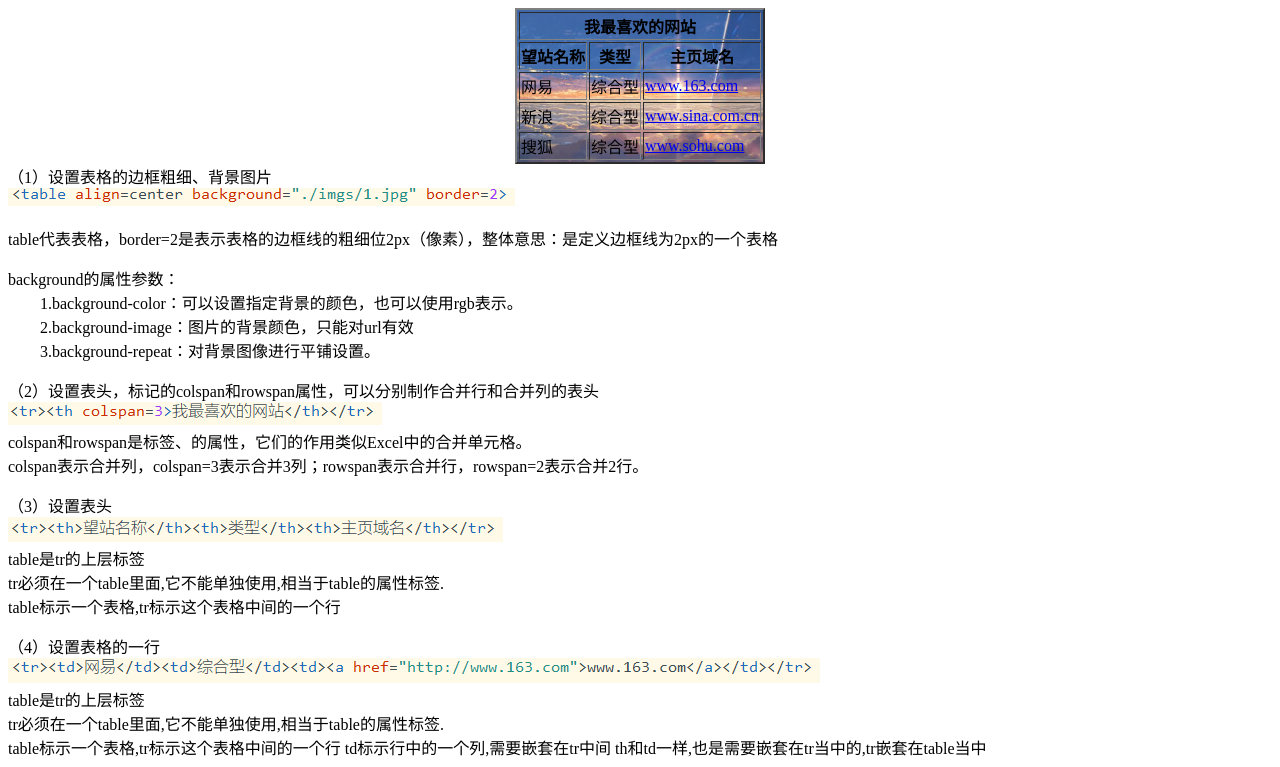
Repository: 13982720426/jsp-homework
Page: JSP实验课作业/JSP实验课3/sy4-1.html
The author's editor kept a copy of each file at every save. The page is drawn from the files as they stood at one save, then again after the next save.
The browser window is 1280 px wide. The pictures show the whole page.

Above is the page before, as saved 2021-05-06 12:55:38.

### JSP实验课作业/JSP实验课3/sy4-1.html
<!DOCTYPE html>
<html>
<head><title>我的网站</title></head>
<body>
	<table align=center background="./imgs/1.jpg" border=2>
		<tr><th colspan=3 >我最喜欢的网站</th></tr>
		<tr><th>望站名称</th><th>类型</th><th>主页域名</th></tr>
		<tr><td>网易</td><td>综合型</td><td><a href="http://www.163.com">www.163.com</a></td></tr>
		<tr><td>新浪</td><td>综合型</td><td><a href="httP://www.sina.com.cn">www.sina.com.cn</a></td></tr>
		<tr><td>搜狐</td><td>综合型</td><td><a href="http://www.sohu.com">www.sohu.com</a></td></tr>
	</table>
	（1）设置表格的边框粗细、背景图片
	<br><img src="imgs/捕获1.PNG">
	<p>
		table代表表格，border=2是表示表格的边框线的粗细位2px（像素），整体意思：是定义边框线为2px的一个表格
	</p>
	<p>
		background的属性参数：
		 <br>
		　　1.background-color：可以设置指定背景的颜色，也可以使用rgb表示。
		 <br>
		　　2.background-image：图片的背景颜色，只能对url有效
		 <br>
		　　3.background-repeat：对背景图像进行平铺设置。
	</p>
	<p></p>
	（2）设置表头，<th>标记的colspan和rowspan属性，可以分别制作合并行和合并列的表头
	<br><img src="imgs/捕获2.PNG">
	<br>
		colspan和rowspan是标签<th>、<td>的属性，它们的作用类似Excel中的合并单元格。
	<br>
		colspan表示合并列，colspan=3表示合并3列；rowspan表示合并行，rowspan=2表示合并2行。
	<p></p>
	（3）设置表头
	<br><img src="imgs/捕获3.PNG">
		<br>
		table是tr的上层标签
		<br>
		tr必须在一个table里面,它不能单独使用,相当于table的属性标签.
		<br>
		table标示一个表格,tr标示这个表格中间的一个行
	<p></p>
	（4）设置表格的一行
	<br><img src="imgs/捕获4.PNG">
		<br>
		table是tr的上层标签
		<br>
		tr必须在一个table里面,它不能单独使用,相当于table的属性标签.
		<br>
		table标示一个表格,tr标示这个表格中间的一个行
		td标示行中的一个列,需要嵌套在tr中间
		th和td一样,也是需要嵌套在tr当中的,tr嵌套在table当中



</body>
</html>

After the next save:
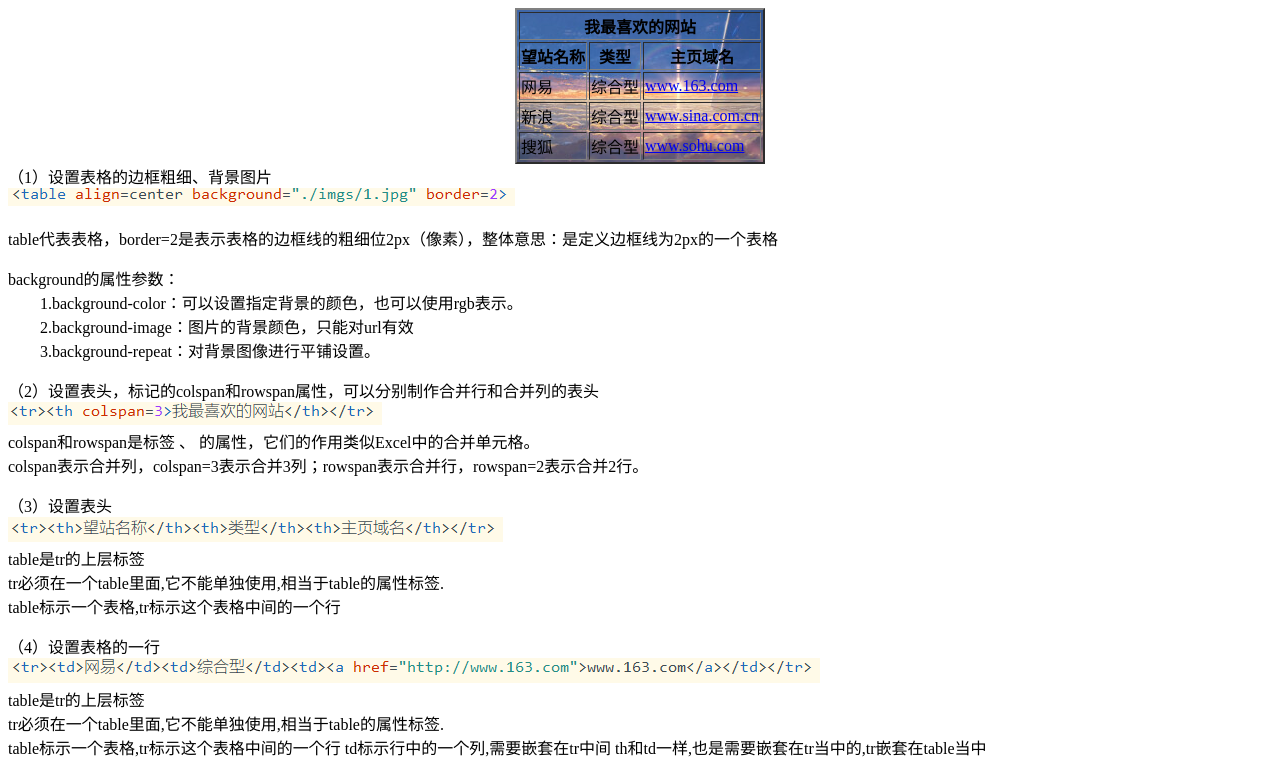
Saved 3 s later.
--- a/JSP实验课作业/JSP实验课3/sy4-1.html
+++ b/JSP实验课作业/JSP实验课3/sy4-1.html
@@ -1,57 +1,82 @@
 <!DOCTYPE html>
 <html>
-<head><title>我的网站</title></head>
+
+<head>
+    <title>我的网站</title>
+</head>
+
 <body>
-	<table align=center background="./imgs/1.jpg" border=2>
-		<tr><th colspan=3 >我最喜欢的网站</th></tr>
-		<tr><th>望站名称</th><th>类型</th><th>主页域名</th></tr>
-		<tr><td>网易</td><td>综合型</td><td><a href="http://www.163.com">www.163.com</a></td></tr>
-		<tr><td>新浪</td><td>综合型</td><td><a href="httP://www.sina.com.cn">www.sina.com.cn</a></td></tr>
-		<tr><td>搜狐</td><td>综合型</td><td><a href="http://www.sohu.com">www.sohu.com</a></td></tr>
-	</table>
-	（1）设置表格的边框粗细、背景图片
-	<br><img src="imgs/捕获1.PNG">
-	<p>
-		table代表表格，border=2是表示表格的边框线的粗细位2px（像素），整体意思：是定义边框线为2px的一个表格
-	</p>
-	<p>
-		background的属性参数：
-		 <br>
-		　　1.background-color：可以设置指定背景的颜色，也可以使用rgb表示。
-		 <br>
-		　　2.background-image：图片的背景颜色，只能对url有效
-		 <br>
-		　　3.background-repeat：对背景图像进行平铺设置。
-	</p>
-	<p></p>
-	（2）设置表头，<th>标记的colspan和rowspan属性，可以分别制作合并行和合并列的表头
-	<br><img src="imgs/捕获2.PNG">
-	<br>
-		colspan和rowspan是标签<th>、<td>的属性，它们的作用类似Excel中的合并单元格。
-	<br>
-		colspan表示合并列，colspan=3表示合并3列；rowspan表示合并行，rowspan=2表示合并2行。
-	<p></p>
-	（3）设置表头
-	<br><img src="imgs/捕获3.PNG">
-		<br>
-		table是tr的上层标签
-		<br>
-		tr必须在一个table里面,它不能单独使用,相当于table的属性标签.
-		<br>
-		table标示一个表格,tr标示这个表格中间的一个行
-	<p></p>
-	（4）设置表格的一行
-	<br><img src="imgs/捕获4.PNG">
-		<br>
-		table是tr的上层标签
-		<br>
-		tr必须在一个table里面,它不能单独使用,相当于table的属性标签.
-		<br>
-		table标示一个表格,tr标示这个表格中间的一个行
-		td标示行中的一个列,需要嵌套在tr中间
-		th和td一样,也是需要嵌套在tr当中的,tr嵌套在table当中
+    <table align=center background="./imgs/1.jpg" border=2>
+        <tr>
+            <th colspan=3>我最喜欢的网站</th>
+        </tr>
+        <tr>
+            <th>望站名称</th>
+            <th>类型</th>
+            <th>主页域名</th>
+        </tr>
+        <tr>
+            <td>网易</td>
+            <td>综合型</td>
+            <td><a href="http://www.163.com">www.163.com</a></td>
+        </tr>
+        <tr>
+            <td>新浪</td>
+            <td>综合型</td>
+            <td><a href="httP://www.sina.com.cn">www.sina.com.cn</a></td>
+        </tr>
+        <tr>
+            <td>搜狐</td>
+            <td>综合型</td>
+            <td><a href="http://www.sohu.com">www.sohu.com</a></td>
+        </tr>
+    </table>
+    （1）设置表格的边框粗细、背景图片
+    <br><img src="imgs/捕获1.PNG">
+    <p>
+        table代表表格，border=2是表示表格的边框线的粗细位2px（像素），整体意思：是定义边框线为2px的一个表格
+    </p>
+    <p>
+        background的属性参数：
+        <br>
+        　　1.background-color：可以设置指定背景的颜色，也可以使用rgb表示。
+        <br>
+        　　2.background-image：图片的背景颜色，只能对url有效
+        <br>
+        　　3.background-repeat：对背景图像进行平铺设置。
+    </p>
+    <p></p>
+    （2）设置表头，<th>标记的colspan和rowspan属性，可以分别制作合并行和合并列的表头
+        <br><img src="imgs/捕获2.PNG">
+        <br>
+        colspan和rowspan是标签
+    <th>、
+    <td>的属性，它们的作用类似Excel中的合并单元格。
+        <br>
+        colspan表示合并列，colspan=3表示合并3列；rowspan表示合并行，rowspan=2表示合并2行。
+        <p></p>
+        （3）设置表头
+        <br><img src="imgs/捕获3.PNG">
+        <br>
+        table是tr的上层标签
+        <br>
+        tr必须在一个table里面,它不能单独使用,相当于table的属性标签.
+        <br>
+        table标示一个表格,tr标示这个表格中间的一个行
+        <p></p>
+        （4）设置表格的一行
+        <br><img src="imgs/捕获4.PNG">
+        <br>
+        table是tr的上层标签
+        <br>
+        tr必须在一个table里面,它不能单独使用,相当于table的属性标签.
+        <br>
+        table标示一个表格,tr标示这个表格中间的一个行
+        td标示行中的一个列,需要嵌套在tr中间
+        th和td一样,也是需要嵌套在tr当中的,tr嵌套在table当中
 
 
 
 </body>
+
 </html>
